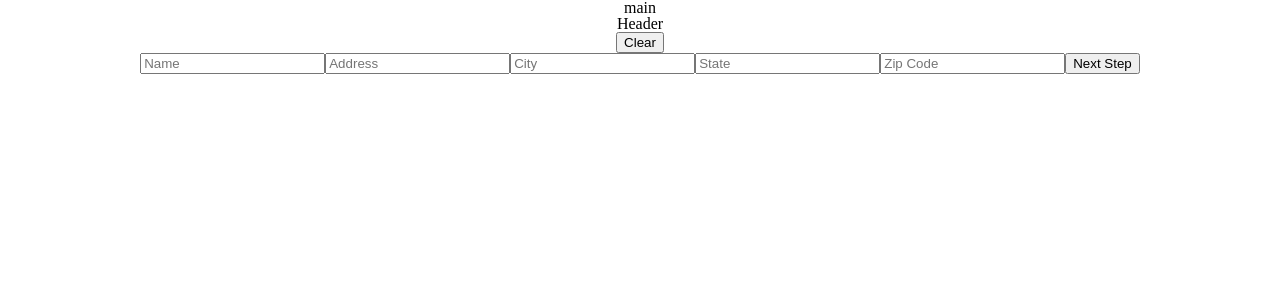
Repository: ooter37/houser
Page: /#/wizard
These files come from the project's save history. The page is drawn as it stood at one moment and after the next save; the edit follows.
The browser window is 1280 px wide. The pictures show the whole page.
The project was rebuilt for these pictures with package versions that can differ from the ones it lists, and the page was loaded fresh each time. Also part of the build but not shown: src/Components/Wizard/Steps/StepTwo.js, src/Components/Wizard/Steps/StepThree.js, src/Components/House/House.js, src/Components/Dashboard/Dashboard.js.

Above is the page before, as saved 2020-04-10 16:24:26.

After the next save:
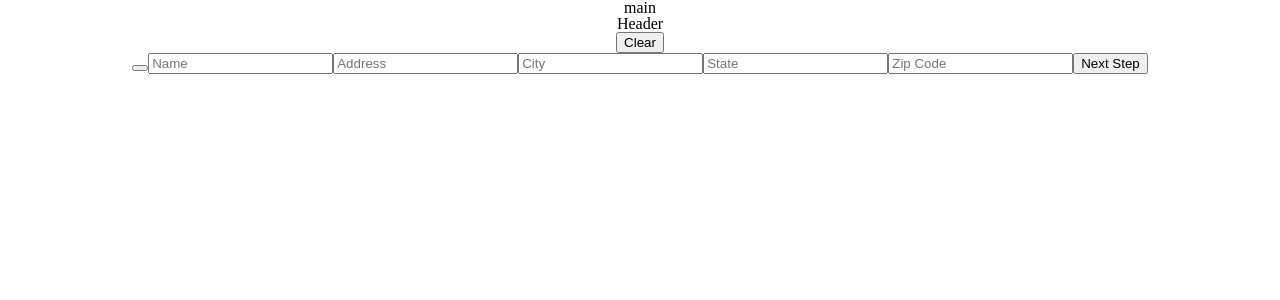
Saved 67 s later.
--- a/src/Components/Wizard/Steps/StepOne.js
+++ b/src/Components/Wizard/Steps/StepOne.js
@@ -3,8 +3,8 @@ import { Link } from "react-router-dom";
 import store, { STEP_ONE } from "../../../store";
 
 export default class StepOne extends React.Component {
-  constructor() {
-    super();
+  constructor(props) {
+    super(props);
     const reduxState = store.getState();
     this.state = {
       name: reduxState.name,
@@ -65,6 +65,9 @@ export default class StepOne extends React.Component {
   render() {
     return (
       <div>
+          <button onClick={this.props.clearButton}>
+
+          </button>
         <input
           name="house-name"
           type="text"
